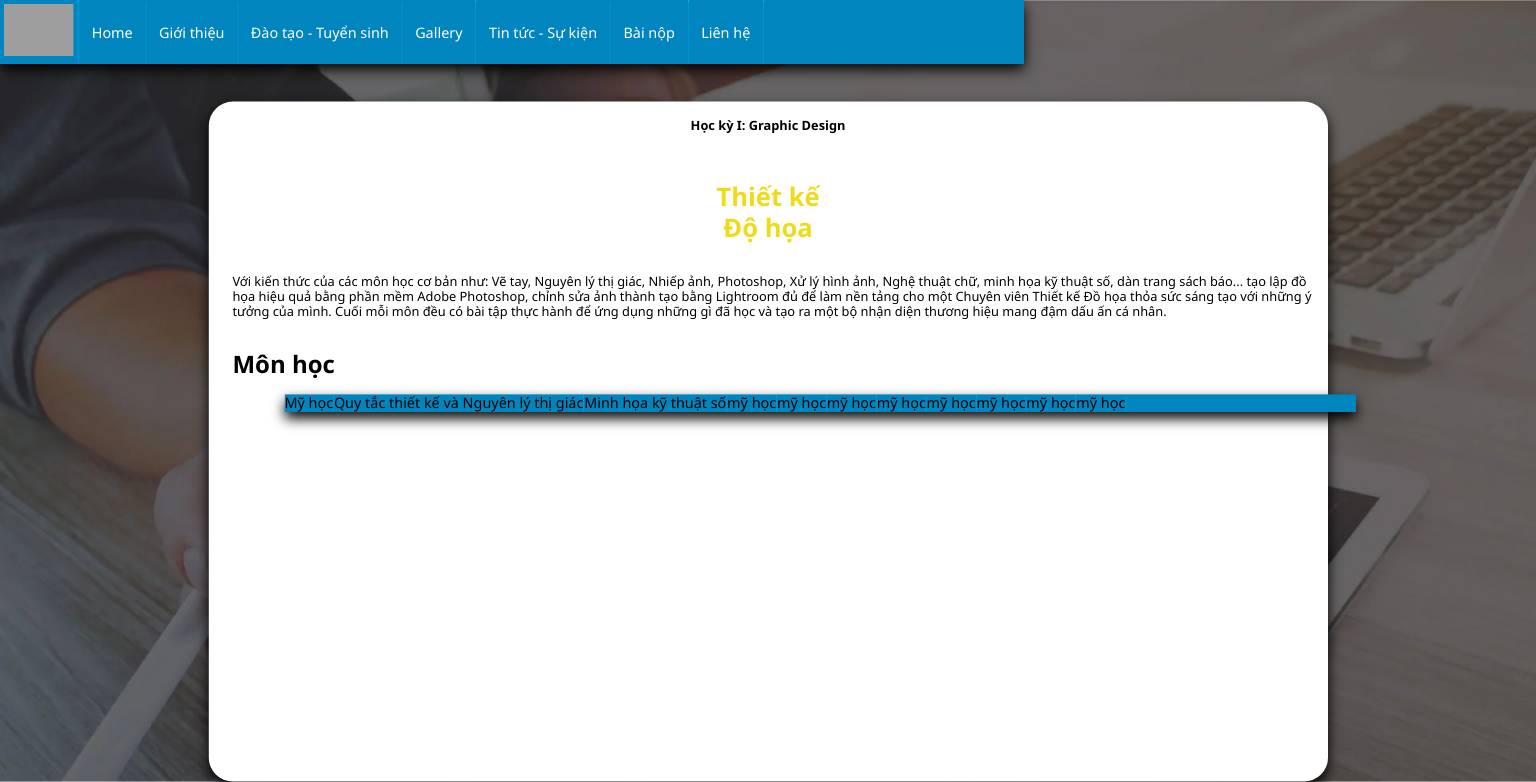
Repository: arena-dttan/dcw-final-exam-d2107m1
Page: final-list/DCW_Final_5_Nguyen-Thi-Thu-Huong_D2107M1/chuong-trinh-dao-tao.html
These files come from the project's save history. The page is drawn as it stood at one moment and after the next save; the edit follows.
The browser window is 1280 px wide. The page is 1920 px wide, so the pictures cover 1920 px, including what lies to the right of the window. The pictures show the whole page, at 80% of full size.
Pictures or frames that could not be fetched are drawn as grey boxes.

Above is the page before, as saved 2022-06-26 20:09:55.

### final-list/DCW_Final_5_Nguyen-Thi-Thu-Huong_D2107M1/chuong-trinh-dao-tao.html
<!DOCTYPE html>
<html>
<head>
    <meta charset="UTF-8">
    <link rel="stylesheet" href="index.css">
    <link rel="icon" href="./images/favicon.ico" />

</head>
<head>
    <!-- Các meta (siêu dữ liệu) -->
    <meta http-equiv="Content-Type" content="text/html; charset=utf-8" />

    <!-- Tiêu đề hiển thị trên thanh địa chỉ trình duyệt -->
    <title>Chương trình đào tạo</title>

    <!-- icon trên thanh địa chỉ trình duyệt -->
    <link rel="icon" href="./images/favicon.ico" />

    <!-- Sử dụng font google -->
    <link rel="preconnect" href="https://fonts.googleapis.com">
    <link rel="preconnect" href="https://fonts.gstatic.com" crossorigin>
    <link href="https://fonts.googleapis.com/css2?family=Roboto:wght@100&display=swap" rel="stylesheet">

    <!-- external css -->
    <link rel="stylesheet" href="./css/style.css">
    <link rel="stylesheet" href="./css/menu.css">


</head>
<body id="container">


    <div id="main-menu">
        <ul class="menu">
            <li ><img style="height: 65px; margin: 5px;;" src="images/logo.webp" alt="logo"> </li>
            <li class="home">
            <a href="./index.html"> Home</a>
            </li>
            <li>
            <a href="./gioi-thieu.html"> Giới thiệu</a>
            </li>
            <li class="dropdown">
            <a class="dropdown-btn"> Đào tạo - Tuyển sinh</a>
            <div class="dropdown-content">
                <a href="./chuong-trinh-dao-tao.html">Đào tạo</a>
                <a href="./tuyen-sinh.html">Tuyển sinh</a>
            </div>
            <li>
                <a href="./gallery.html"> Gallery</a>
            </li>
            <li>
                <a href="./tin-tuc.html"> Tin tức - Sự kiện</a>
            </li>
            <li>
                <a href="./final-exam-list.html">Bài nộp</a>
            </li>

            <li>
                <a href="#">Liên hệ</a>
            </li>
            </li>
        </ul>
        <!-- id main content -->
        <div id="main-content-daotao">
            <div id="box-container"><b class="text-hocky">Học kỳ I: Graphic Design</b>
                <div class="content">
                    <h1 style="color:rgb(240, 219, 26);">Thiết kế <br>Độ họa</h1>
                    <br>
                    <br>
                        <p class="text"> Với kiến thức của các môn học cơ bản như: Vẽ tay, Nguyên lý thị giác, Nhiếp
                            ảnh, Photoshop, Xử lý hình ảnh, Nghệ thuật chữ, minh họa kỹ thuật số, dàn
                            trang sách báo... tạo lập đồ họa hiệu quả bằng phần mềm Adobe Photoshop,
                            chỉnh sửa ảnh thành tạo bằng Lightroom đủ để làm nền tảng cho một
                            Chuyên viên Thiết kế Đồ họa thỏa sức sáng tạo với những ý tưởng của mình.
                            Cuối mỗi môn đều có bài tập thực hành để ứng dụng những gì đã học và tạo
                            ra một bộ nhận diện thương hiệu mang đậm dấu ấn cá nhân.
                            <br>
                            <br>
                            <br>
                        </p>
                        <h3><b>Môn học</b></h3>
                        <span id="a">
                            <ul>
                            <li>Mỹ học</li>
                            <li>Quy tắc thiết kế và Nguyên lý thị giác</li>
                            <li>Minh họa kỹ thuật số</li>
                            <li>mỹ học</li>
                            <li>mỹ học</li>
                            <li>mỹ học</li>
                            <li>mỹ học</li>
                            <li>mỹ học</li>
                            <li>mỹ học</li>
                            <li>mỹ học</li>
                            <li>mỹ học</li>
                           </ul>
                        </span>

                    </div>
                </div>
            </div>

        </div>
    </div>
</body>
</body>
</html>

### final-list/DCW_Final_5_Nguyen-Thi-Thu-Huong_D2107M1/index.css
/* Sử dụng cho định dạng main menu */
body, html {
    height: 100%;
    width: 1920px;
    background-image: url('images/head-bg.webp'); width: 1920px; height: 100%; background-repeat: no-repeat;
    font-family: 'Segoe UI';

}
* {
    margin: 0;
    padding: 0;
    box-sizing: border-box;
    align-items: center;
}
body {
    position: absolute;
}
#container {
    width: 1920px;
    height: 100%;
    justify-content: center;
    margin: 0;
    padding: 0;
}
#main-menu {
    max-width: 1920px;
    height: 100px;
    margin: 0;
    padding: 0;
}
.menu {
    height: 80px;
    line-height: 80px;
    text-align: center;
    justify-content: center;
    display: inline-block;
}
ul {
    list-style-type: none;
    overflow: hidden;
    background-color: #0085be;
    width: 100%;
    box-shadow: 0 8px 16px 0 rgba(0, 0, 0, 2);
    display: inline-block;
}
.home {
    border-left: 0.01em dotted #00aeef;
}
li {
    float: left;
    border-right: 0.01em dotted #00aeef;
    font-size: 18px;
}

li.dropdown {
    display: inline-block;
    min-width: 100px;
}

li a:hover,
.dropdown:hover {
    background: #00aeef;
}

li a,
.dropdown-btn {
    display: inline-block;
    color: white;
    text-align: center;
    padding: 0 16px;
    text-decoration: none;
}
.dropdown-content {
    display: none;
    position: absolute;
    background: #F8C800;
    background: #0085be;
    min-width: 200px;
    border-bottom: 0.01em dotted #00aeef;
    box-shadow: 0 8px 16px 0 rgba(0, 0, 0, 2);
    z-index: 1;
    top: 80px;
    transition: all .3s ease-in-out;
}
.dropdown-content a {
    color: white;
    padding: 10px 16px;
    text-decoration: none;
    display: block;
    text-align: center;
    line-height: 2;
}
.dropdown-content a:hover {
    background: #00aeef;
}
.dropdown:hover .dropdown-content {
    display: block;
}

.text {
    margin-left: 40px;
    padding-top: 150px;
}
.button {

    font-size: 18px;
    font-weight: bold;
    width: 180px;
    height: 50px;
    background: #F8C800;
    border-radius: 40px;
    border-color: inherit;
    border-style: none;
    color: white;
    margin-top: 390px;
    margin-left: 70px;
    display: block;
    position: absolute;
}
#main-content {
    width: 1920px;
    height: 100%;
    margin: 0;
    padding: 0;
    display: inline-block;
    align-items: center;
    justify-content: center;

}
#box-container {
    background-color: rgb(255, 255, 255);
    box-shadow: 0 8px 16px 0 rgba(0, 0, 0, 2);
    margin-top: 43px;
    background-color: rgb(255, 255, 255);
    box-shadow: 0 8px 16px 0 rgb(0 0 0);
    width: 1399px;
    height: 850px;
    border-radius: 55px;
    margin-left: auto;
    margin-right: auto;
    border-radius: 30px;

}
.content {
    margin: 30px;
    padding-top: 30px;
}
h1 {
    text-align: center;
}
p {
    float: left;
    position: relative;
    width: 600px;
    height: 350px;
    margin-left: 285px;
    text-align: justify;
}
span {
    position: relative;
    left: 65px;
}
img {
    float: left;
}
.clear {
    clear: both;
}
.text2 p {
    float: left;
    position: relative;
    text-align: justify;
    margin-left: 0;
    width: 500px;
    height: 350px;
}
.text2 span {
    position: relative;
    float: left;
    text-align: justify;
}
.img2 {
    float: left;
    margin-left: 245px;
    margin-top: 0;
}
#main-content-daotao {
    width: 1920px;
    height: 100%;
    margin: 0;
    padding: 0;

}
p.text {
    text-align: left;
    width: 1350px;
    height: 100%;
    margin-left: 0;
    padding: 0;
    text-align: left;

}
b.text-hocky {
    padding-top: 20px;
    position: relative;
    text-align: center;
    display: inline-block;
}
h3 {
    text-align: left;
    width: 1350px;
    height: 100%;
    margin-left: 0;
    padding: 0;
    text-align: left;
    font-size: 30px;
}

span.a ul li {
    list-style-type: disc;
    margin-left: 0;
    margin-right: 0;
    padding-left: 0;
    padding: 0;
}

### final-list/DCW_Final_5_Nguyen-Thi-Thu-Huong_D2107M1/css/style.css
html {
    box-sizing: border-box;
    width: 100%;
    height: 100%;
}

body {
    width: 100%;
    height: 100%;
    background: url("../images/head-bg.webp");
    font-size: 16px;
    font-family: 'Segoe UI', Tahoma, Geneva, Verdana, sans-serif;
    line-height: 1.2;
}

* {
    margin: 0;
    padding: 0;
}

*,
*:before,
*:after {
    box-sizing: border-box;
}

input,
textarea,
select,
button {
    outline: none;
}

input {
    line-height: normal;
}

label,
button {
    cursor: pointer;
}

a {
    text-decoration: none;
}

img {
    display: block;
    max-width: 100%;
}

#container {
    width: 100%;
    height: 100%;
    text-align: center;
}

#logo {
    float: left;
}

#logo img {
    width: 130px;
    padding: 10px;
}

#header {
    background: #0085be;
    box-shadow: 0 8px 16px 0 rgba(0, 0, 0, 2);
}

#banner img {
    height: 500px;
    width: 100%;
}

#content-index {
    margin: 100px 10px 10px 50px;
}

.btn {
    width: 150px;
    height: 40px;
    line-height: 40px;
    background: #F8C800;
    display: block;
    text-align: center;
    text-transform: uppercase;
    font-weight: bold;
    border-radius: 2em;
    -webkit-border-radius: 2em;
    -moz-border-radius: 2em;
    -ms-border-radius: 2em;
    -o-border-radius: 2em;
    margin: 20px 50px;
}

.btn a {
    color: white;
}

#main-content {
    background: none;
    min-height: 400px;
    margin: 40px;
}

#main-page {
    background: white;
    color: black;
    border: 1px solid blue;
    border-radius: 3em;
    width: 80%;
    min-height: 400px;
    padding: 20px;
    display: inline-block;
    box-sizing: border-box;
    margin-bottom: 40px;
}

.content img {
    width: 450px;
    height: 250px;
}

.text-uppercase {
    text-transform: uppercase;
}

.main-title {
    color: #F8C800;
    font-size: 30px;
    font-weight: 700 !important;
    margin: 30px 0;
}

.normal-list {
    list-style-type: disc;
    margin: 10px;
    padding: 10px;
    overflow: visible;
    background: none;
}

.normal-list li {
    clear: both;
}

h4 {
    text-align: left;
    font-size: 20px;
}

h3 {
    padding-bottom: 20px;
}

hr {
    margin: 10px 0;
}

p {
    text-align: justify;
}

### final-list/DCW_Final_5_Nguyen-Thi-Thu-Huong_D2107M1/css/menu.css
/* Sử dụng cho định dạng main menu */

.menu {
    height: 80px;
    line-height: 80px;
}

.home {
    border-left: 0.01em dotted #00aeef;
}

ul {
    list-style-type: none;
    margin: 0;
    padding: 0;
    overflow: hidden;
    /* background: #F8C800; */
    background: #0085be;
    /* box-shadow: 0 8px 16px 0 rgba(0, 0, 0, 2); */
}

li {
    float: left;
    border-right: 0.01em dotted #00aeef;
    font-size: 18px;
}

li.dropdown {
    display: inline-block;
    min-width: 100px;
}

li a:hover,
.dropdown:hover {
    background: #00aeef;
}

li a,
.dropdown-btn {
    display: inline-block;
    color: white;
    text-align: center;
    padding: 0 16px;
    text-decoration: none;
}

.dropdown-content {
    display: none;
    position: absolute;
    /*background: #F8C800;
    */
    background: #0085be;
    min-width: 200px;
    border-bottom: 0.01em dotted #00aeef;
    box-shadow: 0 8px 16px 0 rgba(0, 0, 0, 2);
    z-index: 1;
    top: 80px;
    transition: all .3s ease-in-out;
}

.dropdown-content a {
    color: white;
    padding: 10px 16px;
    text-decoration: none;
    display: block;
    text-align: center;
    line-height: 2;
}

.dropdown-content a:hover {
    background: #00aeef;
}

.dropdown:hover .dropdown-content {
    display: block;
}

After the next save:
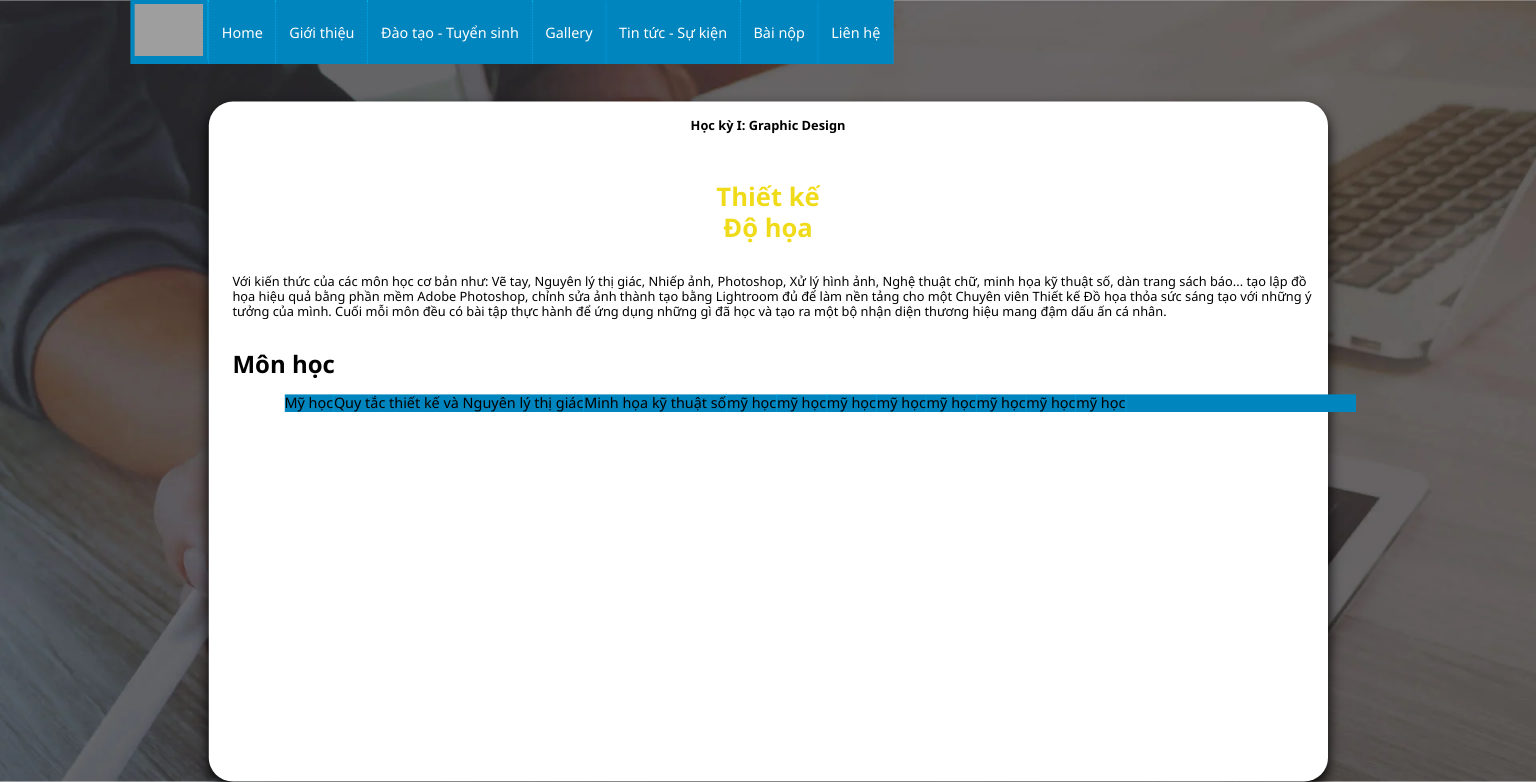
Saved 2 min 3 s later.
--- a/final-list/DCW_Final_5_Nguyen-Thi-Thu-Huong_D2107M1/index.css
+++ b/final-list/DCW_Final_5_Nguyen-Thi-Thu-Huong_D2107M1/index.css
@@ -35,7 +35,7 @@ body {
     justify-content: center;
     display: inline-block;
 }
-ul {
+ul. {
     list-style-type: none;
     overflow: hidden;
     background-color: #0085be;
